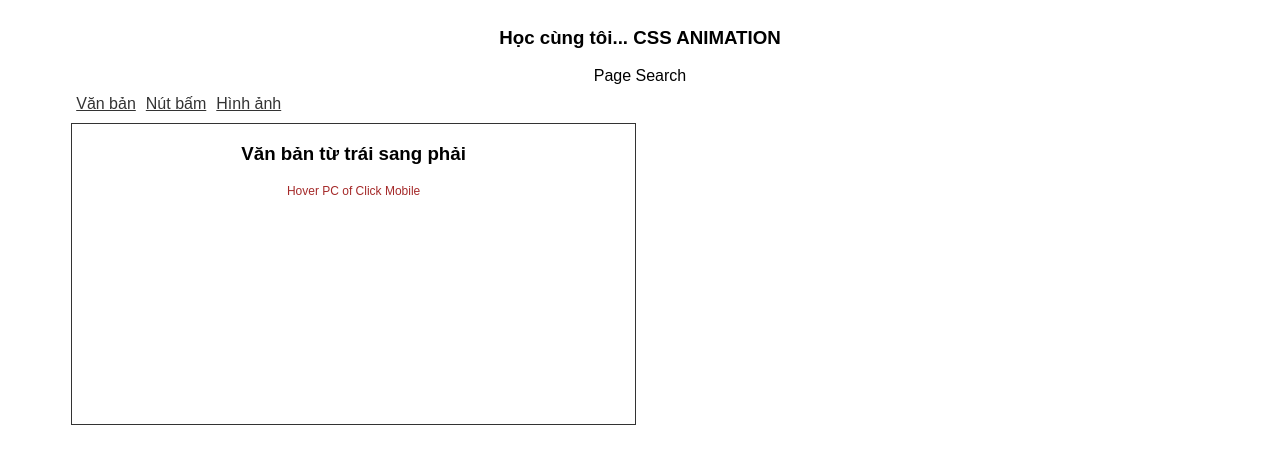
Repository: phuchoa2001/cssanimationNextjs
Page: /
The author's editor kept a copy of each file at every save. The page is drawn from the files as they stood at one save, then again after the next save.
The browser window is 1280 px wide. The pictures show the whole page.
The project was rebuilt for these pictures with package versions that can differ from the ones it lists, and the page was loaded fresh each time. The framework's server and built-in components were replaced by stand-ins that run in the browser. Also part of the build but not shown: next.config.js.

Above is the page before, as saved 2022-09-14 18:16:12.

After the next save:
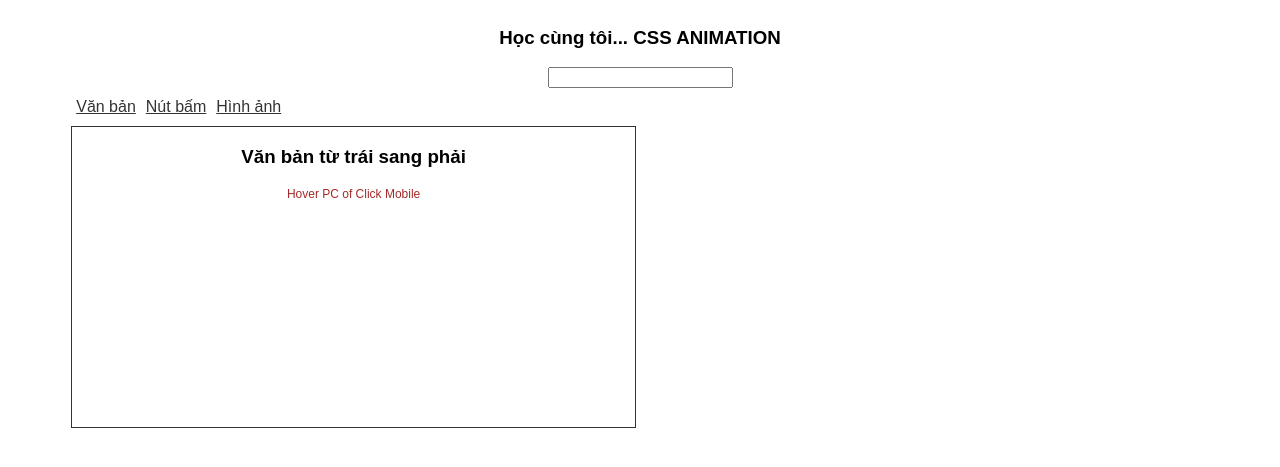
Saved 80 s later.
--- a/components/Search/Search.jsx
+++ b/components/Search/Search.jsx
@@ -5,7 +5,9 @@ const SearchStyles = styled.div`
   margin: auto;
 `;
 function Search(props) {
-  return <SearchStyles>Page Search</SearchStyles>;
+  return <SearchStyles>
+    <input type="text" className="input" />
+  </SearchStyles>;
 }
 
 export default Search;
